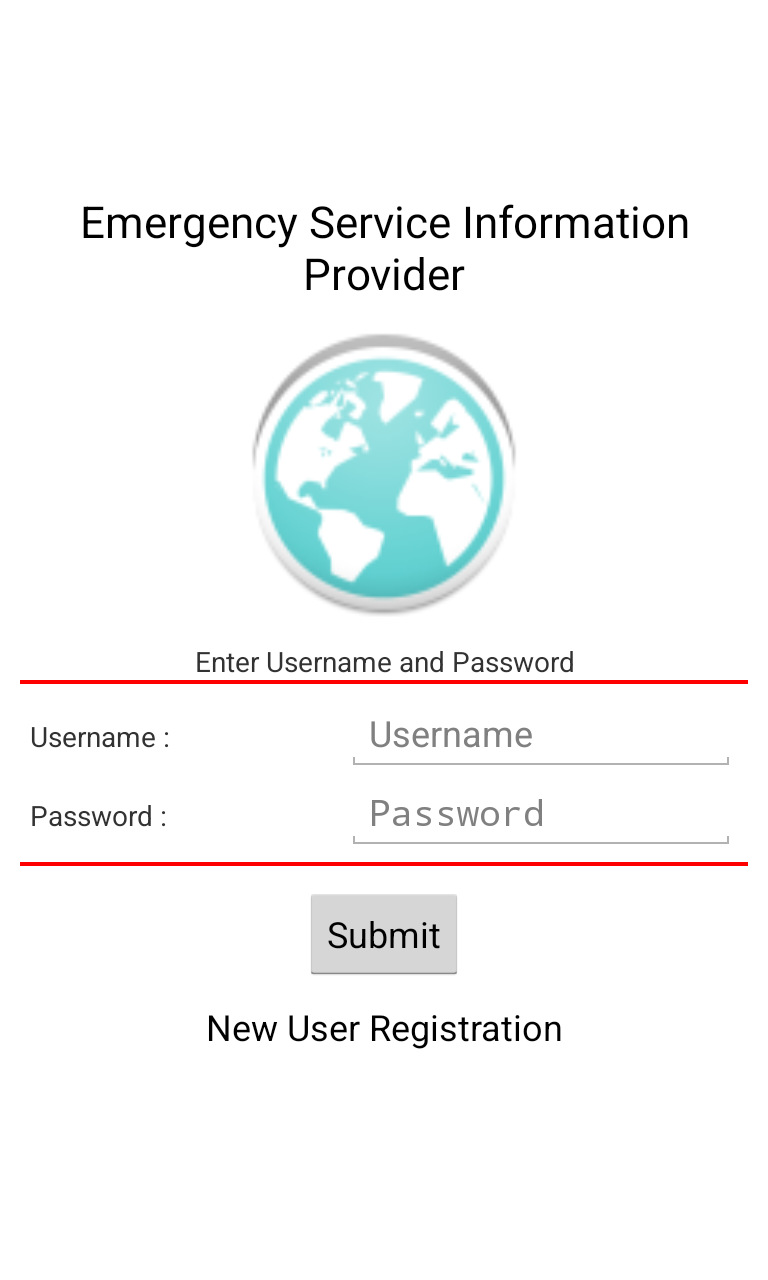
Repository: mansee8/Emergency-Service-Information-Provider
Layout: Emergency Service Information Provider/ESIP/ESIP/res/layout/home.xml
An editor plug-in stored every save of this project. The layout is shown before and after the next save, followed by the edit.
It is drawn on a 768 x 1280 px phone screen (xhdpi) without system bars, with theme AppTheme; the app's code is not run.

Above is the layout before, as saved 2014-02-28 09:40:54.

After the next save:
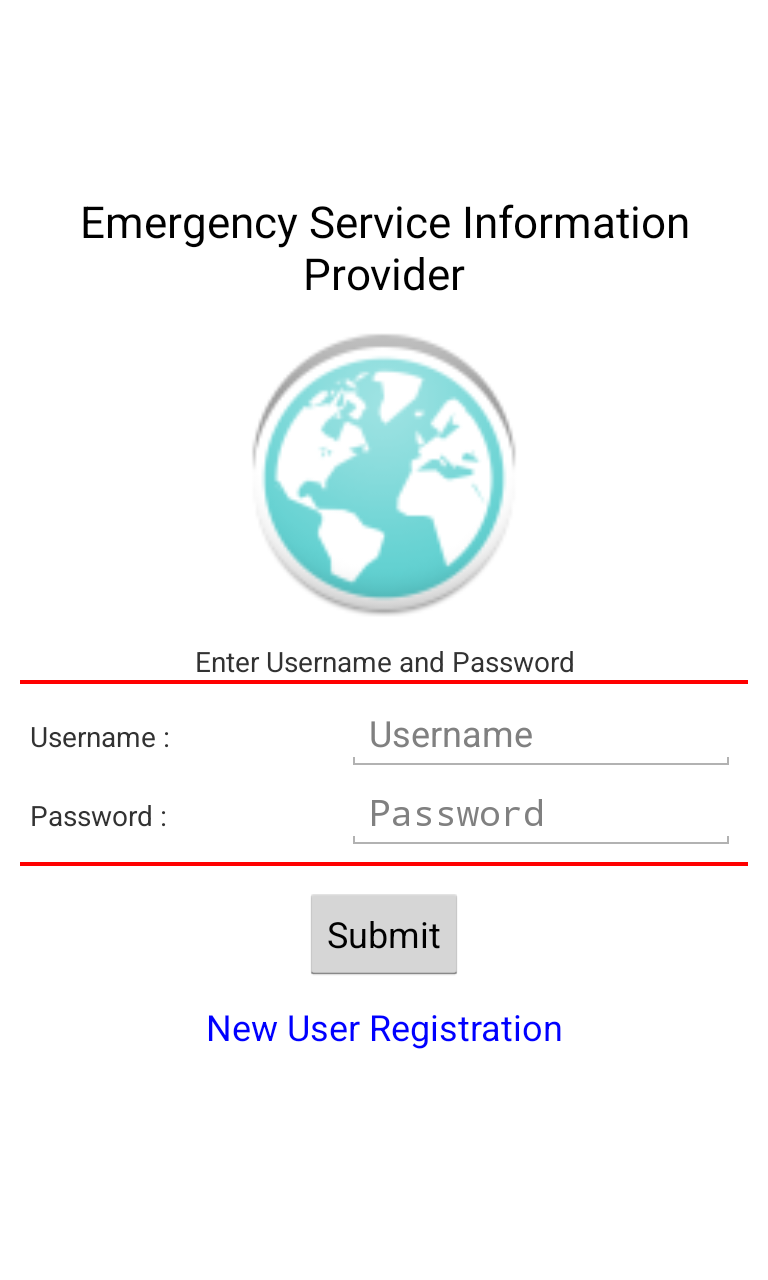
Saved 24 s later.
--- a/Emergency Service Information Provider/ESIP/ESIP/res/layout/home.xml
+++ b/Emergency Service Information Provider/ESIP/ESIP/res/layout/home.xml
@@ -92,6 +92,7 @@
             android:layout_width="fill_parent"
             android:layout_height="wrap_content"
             android:gravity="center"
+            android:textColor="#0000FF"
             android:text="New User Registration"
             android:textAppearance="?android:attr/textAppearanceMedium" />
 
